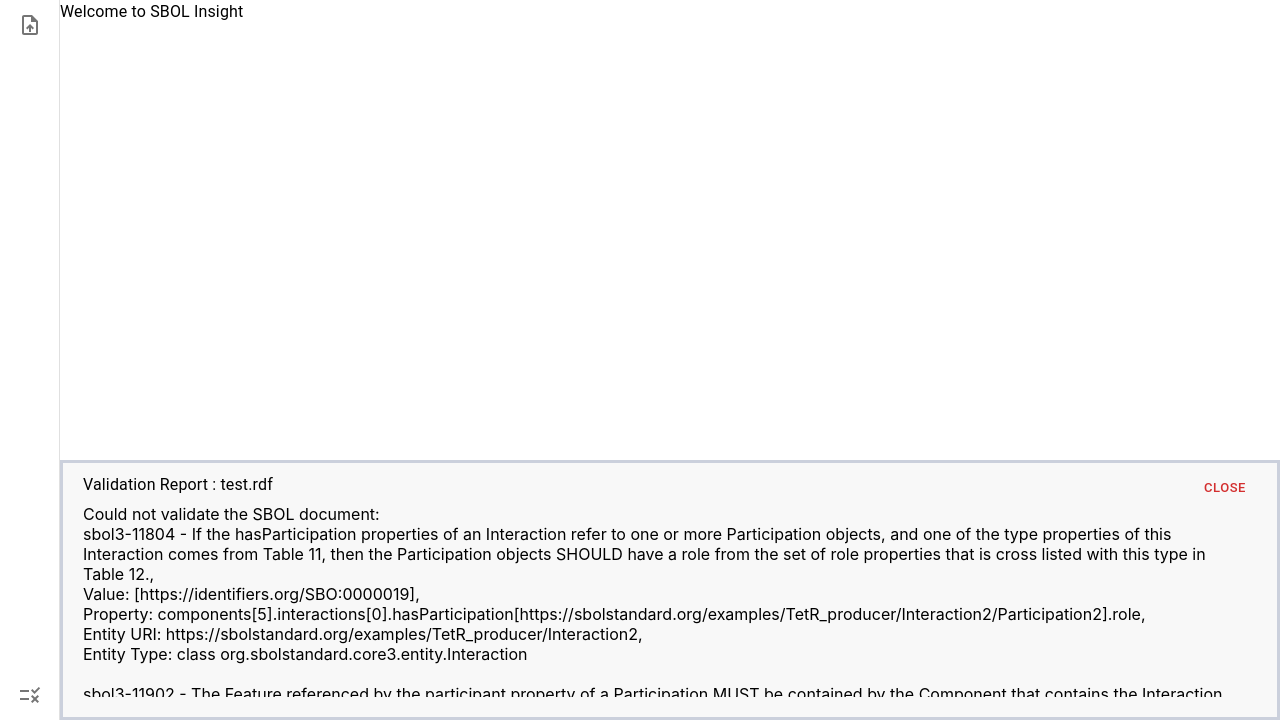
Repository: imark00/sbolInsight_frontend
Page: /, after clicking the first element matching `div.MuiPaper-root > :nth-child(2)`
The author's editor kept a copy of each file at every save. The page is drawn from the files as they stood at one save, then again after the next save.
The browser window is 1280 px wide. The pictures show the whole page.
The project was rebuilt for these pictures with package versions that can differ from the ones it lists, and the page was loaded fresh each time.

Above is the page before, as saved 2024-08-19 23:34:24.

After the next save:
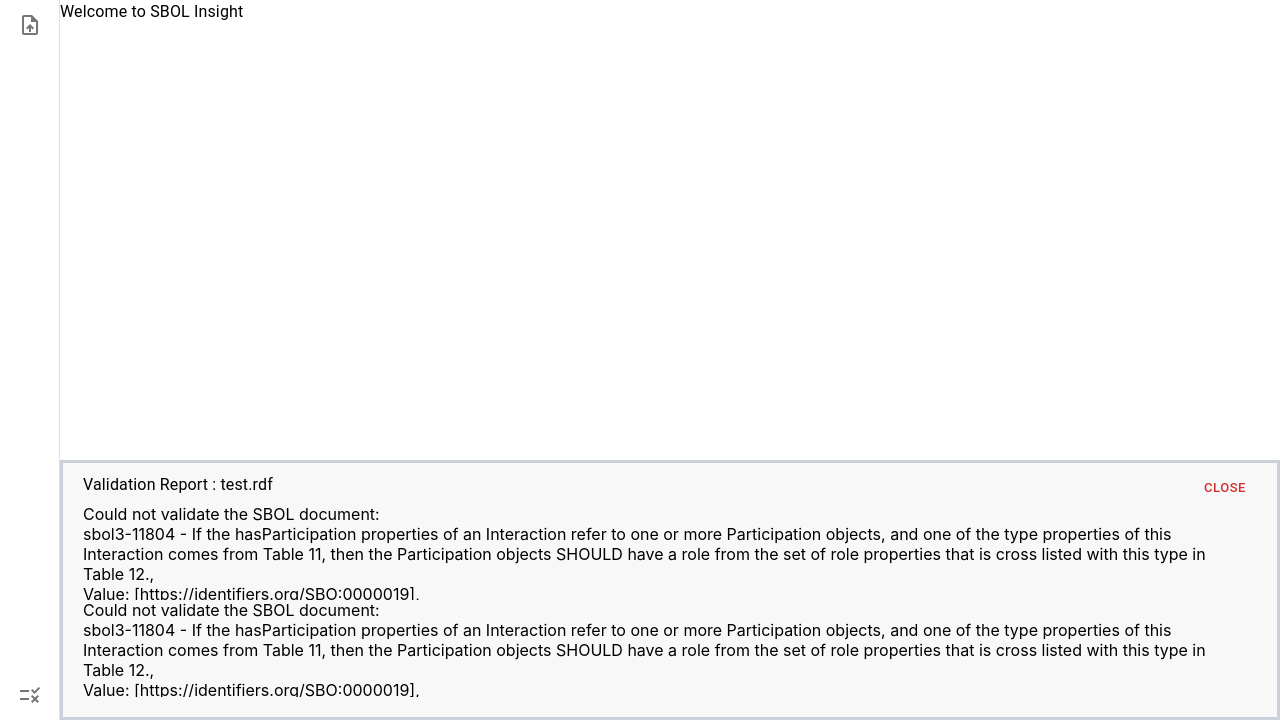
Saved 7 min 46 s later.
--- a/src/sbolInsight.js
+++ b/src/sbolInsight.js
@@ -371,6 +371,7 @@ const SBOLInsightPage = () => {
                 setValidationData(response.data)
             } else {
                 console.log("Error")
+                console.log(response)
             }
 
         } catch (error) {
@@ -582,6 +583,23 @@ const SBOLInsightPage = () => {
                                 {message}
                             </Typography> */}
 
+                            {validationData.size > 0 ? <Box
+                                sx={{
+                                    flex: 1,
+                                    overflowY: 'auto',
+                                }}>
+                                <div className="validationText">
+                                    {message}
+                                </div>
+                            </Box> : <Box
+                                sx={{
+                                    flex: 1,
+                                    overflowY: 'auto',
+                                }}>
+                                <div className="validationText">
+                                    {message}
+                                </div>
+                            </Box>}
                             <Box
                                 sx={{
                                     flex: 1,
